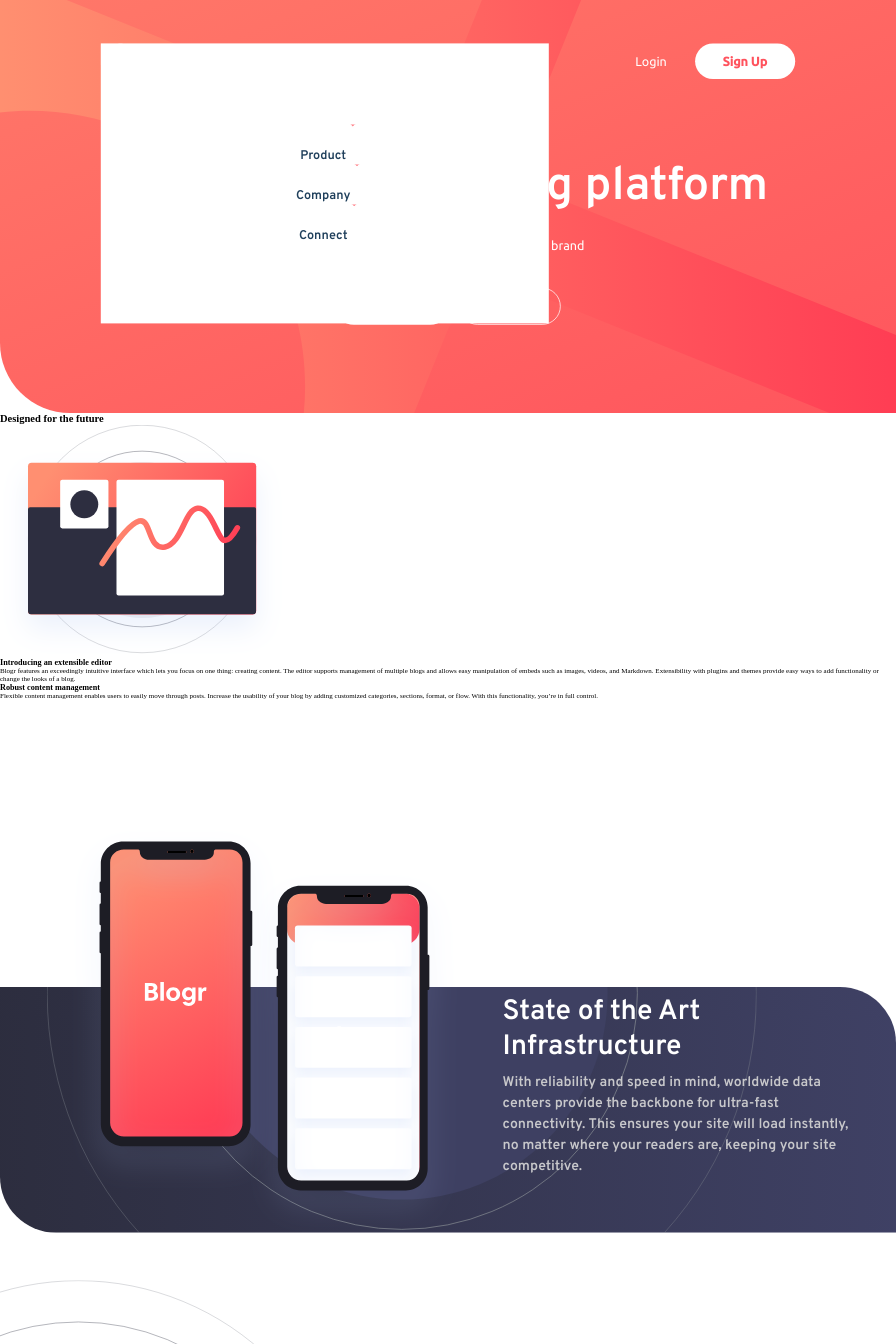
Repository: tomas938/tomaspage3
Page: index.html
These files come from the project's save history. The page is drawn as it stood at one moment and after the next save; the edit follows.
The browser window is 1280 px wide. The pictures show the part of the page from y = 0 to 1920 px (the page is 3157 px tall), at 70% of full size.
The style sheet was rebuilt from its Sass, Less or Tailwind sources for each picture, by a compiler version that may differ from the author's.

Above is the page before, as saved 2021-07-30 17:01:49.

### index.html
<!DOCTYPE html>
<html lang="en">
	<head>
		<meta charset="UTF-8" />
		<meta name="viewport" content="width=device-width, initial-scale=1.0" />
		<!-- displays site properly based on user's device -->

		<link
			rel="icon"
			type="image/png"
			sizes="32x32"
			href="./images/favicon-32x32.png"
		/>

		<title>Frontend Mentor | [Blogr]</title>

		<link rel="stylesheet" href="./scss/main.css" />
	</head>
	<body>
		<section class="intro">
			<header>
				<nav class="intro__navigation">
					<div class="intro__navigation__logo">
						<svg width="101" height="40" xmlns="http://www.w3.org/2000/svg">
							<path
								d="M0 30.803V1.486h10.653c1.982 0 3.695.31 5.14.93 1.446.619 2.56 1.5 3.345 2.642.785 1.142 1.177 2.484 1.177 4.026 0 1.404-.303 2.636-.909 3.695a6.48 6.48 0 01-2.56 2.498c1.487.578 2.643 1.494 3.469 2.746.826 1.253 1.239 2.732 1.239 4.439 0 1.707-.44 3.18-1.322 4.418-.88 1.239-2.12 2.202-3.716 2.89-1.596.688-3.482 1.033-5.657 1.033H0zM5.946 6.565v6.73h4.046c1.35 0 2.388-.282 3.118-.846.73-.564 1.094-1.397 1.094-2.498 0-1.101-.365-1.94-1.094-2.519-.73-.578-1.769-.867-3.118-.867H5.946zm0 19.159h4.624c1.542 0 2.732-.33 3.572-.991.84-.66 1.26-1.61 1.26-2.85 0-1.238-.42-2.188-1.26-2.848-.84-.66-2.03-.991-3.572-.991H5.946v7.68zm19.282 5.079V0h5.781v30.803h-5.78zm20.893.619c-1.624 0-3.124-.29-4.5-.867a10.94 10.94 0 01-3.593-2.416 10.96 10.96 0 01-2.374-3.654c-.564-1.404-.846-2.931-.846-4.583 0-1.652.289-3.173.867-4.563a11.354 11.354 0 012.415-3.654 10.96 10.96 0 013.634-2.436c1.39-.578 2.91-.867 4.562-.867 1.625 0 3.125.289 4.501.867a10.94 10.94 0 013.592 2.416 11.01 11.01 0 012.375 3.633c.564 1.39.846 2.911.846 4.563 0 1.651-.289 3.179-.867 4.583a11.297 11.297 0 01-2.416 3.675 10.96 10.96 0 01-3.633 2.436c-1.39.578-2.911.867-4.563.867zm.083-5.203c1.046 0 1.982-.275 2.808-.825.825-.551 1.48-1.301 1.96-2.25.483-.95.723-2.03.723-3.242 0-1.211-.24-2.292-.722-3.241-.482-.95-1.136-1.7-1.961-2.25-.826-.551-1.762-.826-2.808-.826-1.046 0-1.982.275-2.808.825-.826.55-1.48 1.301-1.961 2.25-.482.95-.723 2.03-.723 3.242 0 1.211.241 2.292.723 3.241.482.95 1.135 1.7 1.961 2.25.826.551 1.762.826 2.808.826zm24.155 3.964a9.13 9.13 0 01-3.86-.826 9.492 9.492 0 01-3.118-2.291c-.881-.977-1.57-2.12-2.065-3.427-.495-1.308-.743-2.719-.743-4.233 0-1.569.255-3.02.764-4.356a10.614 10.614 0 012.147-3.489 10.174 10.174 0 013.22-2.333c1.225-.564 2.554-.846 3.985-.846 1.404 0 2.67.282 3.799.846a7.402 7.402 0 012.807 2.457l.124-2.684h5.327v19.2c0 1.68-.269 3.207-.805 4.584-.537 1.376-1.301 2.56-2.292 3.55a10.231 10.231 0 01-3.53 2.292c-1.363.537-2.87.805-4.522.805-1.624 0-3.083-.254-4.376-.764a10.468 10.468 0 01-3.386-2.126 10.035 10.035 0 01-2.271-3.18L67.097 32a5.452 5.452 0 001.92 1.879c.784.454 1.672.681 2.663.681 1.074 0 2.003-.24 2.787-.723.785-.481 1.397-1.156 1.838-2.023.44-.867.66-1.879.66-3.035v-1.775a7.793 7.793 0 01-2.828 2.333c-1.143.564-2.402.846-3.778.846zm1.404-5.12c1.018 0 1.92-.254 2.704-.764a5.556 5.556 0 001.879-2.064c.468-.867.702-1.851.702-2.952 0-1.102-.234-2.086-.702-2.953a5.556 5.556 0 00-1.879-2.064c-.784-.51-1.686-.764-2.704-.764-1.019 0-1.92.255-2.705.764a5.556 5.556 0 00-1.879 2.064c-.468.867-.702 1.851-.702 2.953 0 1.1.234 2.085.702 2.952a5.556 5.556 0 001.88 2.064c.784.51 1.685.764 2.704.764zm15.607 5.74V9h5.327l.206 3.304c.55-1.157 1.294-2.044 2.23-2.664.936-.62 2.037-.929 3.303-.929.386 0 .77.035 1.156.103.386.07.73.159 1.033.269l-.62 5.698a4.361 4.361 0 00-.929-.227 7.495 7.495 0 00-.97-.062c-1.597 0-2.822.489-3.675 1.466-.853.977-1.28 2.36-1.28 4.15v10.694h-5.78z"
								fill="#FFF"
								fill-rule="nonzero"
							/>
						</svg>
						<ul>
							<li>
								<a href="#">Product</a>
								<svg xmlns="http://www.w3.org/2000/svg" width="10" height="7">
									<path
										fill="none"
										stroke="#FFF"
										stroke-width="2"
										opacity=".75"
										d="M1 1l4 4 4-4"
									/>
								</svg>
							</li>
							<li>
								<a href="#">Company</a>
								<svg xmlns="http://www.w3.org/2000/svg" width="10" height="7">
									<path
										fill="none"
										stroke="#FFF"
										stroke-width="2"
										opacity=".75"
										d="M1 1l4 4 4-4"
									/>
								</svg>
							</li>
							<li>
								<a href="#">Connect</a>
								<svg xmlns="http://www.w3.org/2000/svg" width="10" height="7">
									<path
										fill="none"
										stroke="#FFF"
										stroke-width="2"
										opacity=".75"
										d="M1 1l4 4 4-4"
									/>
								</svg>
							</li>
						</ul>
					</div>
					<div class="intro__navigation__login">
						<div class="button button--1">Login</div>
						<div class="button button--2">Sign Up</div>
					</div>
					<div class="intro__navigation__mobile">
						<span class="line1"></span>
						<span class="line2"></span>
						<span class="line3"></span>
					</div>

					<ul class="mobile__links">
						<li>
							<a href="#">Product</a>
							<svg xmlns="http://www.w3.org/2000/svg" width="10" height="7">
								<path
									fill="$light-red"
									stroke="#FFF"
									stroke-width="2"
									opacity=".75"
									d="M1 1l4 4 4-4"
								/>
							</svg>
						</li>
						<li>
							<a href="#">Company</a>
							<svg xmlns="http://www.w3.org/2000/svg" width="10" height="7">
								<path
									fill="$light-red"
									stroke="#FFF"
									stroke-width="2"
									opacity=".75"
									d="M1 1l4 4 4-4"
								/>
							</svg>
						</li>
						<li>
							<a href="#">Connect</a>
							<svg xmlns="http://www.w3.org/2000/svg" width="10" height="7">
								<path
									fill="$light-red"
									stroke="#FFF"
									stroke-width="2"
									opacity=".75"
									d="M1 1l4 4 4-4"
								/>
							</svg>
						</li>
					</ul>
				</nav>
			</header>
			<div class="intro__description">
				<h1>A modern publishing platform</h1>
				<p>Grow your audience and build your online brand</p>
				<div class="intro__description__buttons">
					<div class="button button--3">Start for Free</div>
					<div class="button button--4">Learn More</div>
				</div>
			</div>
		</section>
		<section class="about">
			<h2>Designed for the future</h2>
			<div class="about__container">
				<img src="/images/illustration-editor-mobile.svg" alt="" />
				<div class="about__container__items">
					<div class="content">
						<h3>Introducing an extensible editor</h3>
						<p>
							Blogr features an exceedingly intuitive interface which lets you
							focus on one thing: creating content. The editor supports
							management of multiple blogs and allows easy manipulation of
							embeds such as images, videos, and Markdown. Extensibility with
							plugins and themes provide easy ways to add functionality or
							change the looks of a blog.
						</p>
					</div>
					<div class="content">
						<h3>Robust content management</h3>
						<p>
							Flexible content management enables users to easily move through
							posts. Increase the usability of your blog by adding customized
							categories, sections, format, or flow. With this functionality,
							you’re in full control.
						</p>
					</div>
				</div>
			</div>
		</section>
		<section class="mobiles">
			<img src="/images/illustration-phones.svg" alt="" />
			<div class="mobiles__content">
				<h2>State of the Art Infrastructure</h2>
				<p>
					With reliability and speed in mind, worldwide data centers provide the
					backbone for ultra-fast connectivity. This ensures your site will load
					instantly, no matter where your readers are, keeping your site
					competitive.
				</p>
			</div>
		</section>
		<section class="desktop">
			<div class="desktop__container">
				<img src="/images/illustration-laptop-mobile.svg" alt="" />
				<div class="desktop__container__items">
					<div class="content">
						<h3>Free, open, simple</h3>
						<p>
							Blogr is a free and open source application backed by a large
							community of helpful developers. It supports features such as code
							syntax highlighting, RSS feeds, social media integration,
							third-party commenting tools, and works seamlessly with Google
							Analytics. The architecture is clean and is relatively easy to
							learn.
						</p>
					</div>
					<div class="content">
						<h3>Powerful tooling</h3>
						<p>
							Batteries included. We built a simple and straightforward CLI tool
							that makes customization and deployment a breeze, but capable of
							producing even the most complicated sites.
						</p>
					</div>
				</div>
			</div>
		</section>
		<footer>
			<div class="logo">
				<img src="/images/logo.svg" alt="" />
			</div>
			<div class="product">
				<h5>Product</h5>
				<a href="#">Overview</a>
				<a href="#">Pricing</a>
				<a href="#">Marketplace</a>
				<a href="#">Features</a>
				<a href="#">Integrations</a>
			</div>
			<div class="company">
				<h5>Company</h5>
				<a href="#">About</a>
				<a href="#">Team</a>
				<a href="#">Blog</a>
				<a href="#">Careers</a>
			</div>
			<div class="connect">
				<h5>Connect</h5>
				<a href="#">Connect</a>
				<a href="#">Newsletter</a>
				<a href="#">LinkedIn</a>
			</div>
		</footer>
	</body>
</html>

### scss/main.scss
@import "../scss_partials/variables";
@import "../scss_partials/resets";
@import "../scss_partials/intro";
@import "../scss_partials/about";
@import "../scss_partials/mobiles";
@import "../scss_partials/desktop";
@import "../scss_partials/footer";

### scss_partials/_variables.scss
//Colors

/* PRIMARY */

$light-red: hsl(356, 100%, 66%);
$very-light-red: hsl(355, 100%, 74%);
$very-dark-blue: hsl(208, 49%, 24%);

/* NEUTRAL */

$white: hsl(0, 0%, 100%);
$grayish-blue: hsl(240, 2%, 79%); //Footer Text
$very-dark-grayish-blue: hsl(207, 13%, 34%);
$very-dark-black-blue: hsl(240, 10%, 16%); //Footer Background

/* GRADIENT */

$very-light-red-gradient: hsl(13, 100%, 72%); // Intro /CTA
$light-red-gradient: hsl(353, 100%, 62%); // Intro /CTA

$very-dark-gray-blue: hsl(237, 17%, 21%); // Background body gradient
$very-dark-desaturated-blue: hsl(237, 23%, 32%); // Background body gradient

//Fonts

@import url("https://fonts.googleapis.com/css2?family=Overpass:wght@300;600&display=swap");

$font-primary: "Overpass", sans-serif;
$font-weight-primary-light: 300;
$font-weight-primary-bold: 600;

@import url("https://fonts.googleapis.com/css2?family=Ubuntu:ital,wght@0,400;0,500;1,700&display=swap");

$font-secondary: "Ubuntu", sans-serif;

$font-weight-secondary-light: 400;
$font-weight-secondary-medium: 500;
$font-weight-secondary-bold: 700;

### scss_partials/_resets.scss
* {
	margin: 0;
	padding: 0;
	box-sizing: border-box;
}
html {
	font-size: 62.5%;
	@media only screen and (max-width: 1000px) {
		font-size: 52.5%;
	}
}
li {
	list-style: none;
}
a {
	text-decoration: none;
}

### scss_partials/_intro.scss
.intro {
	height: 82vh;
	background-image: url(../images/bg-pattern-intro.svg),
		linear-gradient(to right, $very-light-red-gradient, $light-red-gradient);
	background-position: center center;
	border-bottom-left-radius: 10rem;
	font-family: $font-secondary;
	font-weight: $font-weight-secondary-light;
	color: $white;
	font-size: 1.8rem;
	header {
		width: 100%;
	}
	&__navigation {
		width: 77.5%;
		margin: auto;
		padding: 6.2rem 0;
		display: flex;
		justify-content: space-between;
		&__logo {
			display: flex;
		}
		ul {
			display: flex;
			align-items: center;
			@media only screen and (max-width: 900px) {
				display: none;
			}
		}
		li {
			margin-left: 5rem;
		}

		a {
			color: $white;
		}
		&__login {
			display: flex;
			align-items: center;
			@media only screen and (max-width: 900px) {
				display: none;
			}
		}
		&__mobile {
			display: flex;
			display: none;
			@media only screen and (max-width: 900px) {
				display: flex;
			}
			align-items: center;
			flex-direction: column;
			justify-content: center;
			span {
				width: 3.5rem;
				height: 0.4rem;
				background-color: $white;
				margin-top: 0.7rem;
			}
		}
		.mobile__links {
			opacity: 1;
			position: absolute;
			background-color: $white;
			height: 40rem;
			width: 50%;
			font-family: $font-primary;
			font-weight: $font-weight-primary-bold;
			display: flex;
			flex-direction: column;
			align-items: center;
			justify-content: center;
			svg {
				width: 5rem;
				height: 5rem;
				fill: $light-red;
			}
			ul {
			}
			a {
				color: $very-dark-blue;
			}
		}
	}
	&__description {
		h1 {
			padding: 5rem 0 3rem 0;
			font-size: 6.7rem;
			text-align: center;
			font-family: $font-primary;
			font-weight: $font-weight-primary-bold;
			@media only screen and (max-width: 800px) {
				font-size: 4.7rem;
			}
			@media only screen and (max-width: 565px) {
				font-size: 3.7rem;
			}
		}
		p {
			text-align: center;
		}
		&__buttons {
			padding: 5rem 0;

			margin: auto;
			display: flex;
			justify-content: center;
		}
	}
}
.button {
	cursor: pointer;
	padding: 1.5rem 4rem;
	border-radius: 3rem;
}
.button--2 {
	background-color: $white;
	color: $light-red;
	font-family: $font-secondary;
	font-weight: $font-weight-secondary-bold;
	transition: all 0.3s ease-in-out;
}
.button--2:hover {
	background-color: hsla(0, 0%, 100%, 0.267);
	color: $white;
}
.button--3 {
	background-color: $white;
	color: $light-red;
	font-family: $font-secondary;
	font-weight: $font-weight-secondary-bold;
	transition: all 0.3s ease-in-out;
	padding: 1.5rem 2.5rem;
}
.button--3:hover {
	background-color: hsla(0, 0%, 100%, 0.267);
	color: $white;
}
.button--4 {
	margin-left: 1.5rem;
	border: 1px solid $white;
	padding: 1.5rem 2.5rem;
}

### scss_partials/about.scss
.about {
	height: 100vh;
}

### scss_partials/_mobiles.scss
.mobiles {
	margin-top: 10rem;
	background-image: url(../images/bg-pattern-circles.svg),
		linear-gradient(to right, $very-dark-gray-blue, $very-dark-desaturated-blue);

	background-repeat: no-repeat;
	background-position: 25% 75%;
	border-bottom-left-radius: 8rem;
	border-top-right-radius: 8rem;
	font-family: $font-primary;
	display: flex;
	align-items: flex-end;
	justify-content: flex-end;
	position: relative;
	color: $white;
	height: 35.1rem;
	@media only screen and (max-width: 900px) {
		height: 55.1rem;
	}
	img {
		position: absolute;
		left: 8%;
		@media only screen and (max-width: 1150px) {
			left: 1%;
		}
		@media only screen and (max-width: 1000px) {
			transform: scale(0.75);
			top: -42%;
			left: -5%;
		}
		@media only screen and (max-width: 900px) {
			transform: scale(0.75);
			left: 50%;
			top: -36%;
			transform: translateX(-50%);
			height: 90%;
		}
		@media only screen and (max-width: 570px) {
			height: 80%;

			top: -35%;
		}
		@media only screen and (max-width: 338px) {
			height: 60%;
			top: -29%;
		}
	}
	&__content {
		margin-right: 17rem;
		padding: 10rem 0;
		width: 40%;
		@media only screen and (max-width: 1350px) {
			margin-right: 5rem;
			padding: 8rem 0;
		}

		@media only screen and (max-width: 900px) {
			margin-right: 2rem;
			width: 50%;
			width: 80%;
			margin: 0 auto;
			text-align: center;
		}
		@media only screen and (max-width: 570px) {
			padding: 4rem 0;
		}

		h2 {
			font-size: 4rem;
			font-weight: $font-weight-primary-bold;
		}
		p {
			margin-top: 1rem;
			font-size: 2rem;
			line-height: 3rem;
			font-weight: $font-weight-primary-bold;
			color: $grayish-blue;
		}
	}
}

### scss_partials/_desktop.scss
.desktop {
	padding: 20rem 0;
	font-family: $font-primary;
	background-image: url(../images/illustration-laptop-desktop.svg);
	background-repeat: no-repeat;
	background-position: bottom 10rem left -28rem;
	@media only screen and (max-width: 1250px) {
		background-position: bottom 10rem left -38rem;
	}
	@media only screen and (max-width: 1100px) {
		background-position: bottom 10rem left -50rem;
	}
	@media only screen and (max-width: 1000px) {
		background-position: bottom 6rem left -55rem;
	}
	@media only screen and (max-width: 900px) {
		background-image: url("");
	}
	h2 {
		text-align: center;
		font-size: 4rem;
		color: $very-dark-blue;
		padding: 17rem 0 10rem 0;
	}
	&__container {
		display: flex;
		justify-content: flex-end;
		@media only screen and (max-width: 900px) {
			display: flex;
			flex-direction: column;
		}
		img {
			display: none;
			@media only screen and (max-width: 900px) {
				display: block;
				margin: 5rem auto;
				display: flex;
				flex-direction: column;
			}
			@media only screen and (max-width: 550px) {
				width: 100%;
				height: 100%;
			}
		}
		&__items {
			width: 50%;
			@media only screen and (max-width: 900px) {
				width: 80%;
				margin: auto;
				text-align: center;
			}
		}
		.content {
			margin-right: 17rem;
			@media only screen and (max-width: 1350px) {
				margin-right: 5rem;
			}
			@media only screen and (max-width: 900px) {
				margin-right: 0rem;
			}
		}
		h3 {
			font-size: 3rem;
			color: $very-dark-blue;
		}
		p {
			color: $very-dark-grayish-blue;
			line-height: 3rem;
			padding: 4rem 0 8rem;
			font-size: 2rem;
		}
	}
}

### scss_partials/_footer.scss
footer {
	padding: 10rem 15rem;
	background-color: $very-dark-black-blue;
	color: $grayish-blue;
	border-top-right-radius: 15rem;
	display: flex;
	flex-direction: column;
	align-items: center;
	font-family: $font-primary;
	@media only screen and (max-width: 800px) {
		padding: 10rem 0rem;
	}
	@media only screen and (min-width: 500px) {
		flex-direction: row;
		align-items: flex-start;
		justify-content: space-around;
	}
	.product {
		display: flex;
		flex-direction: column;
		align-items: flex-start;
		padding: 2rem;
		@media only screen and (min-width: 500px) {
			padding: 0rem;
			justify-items: flex-start;
		}
	}
	.company {
		display: flex;
		flex-direction: column;
		align-items: flex-start;
		padding: 2rem;
		@media only screen and (min-width: 500px) {
			padding: 0rem;
			justify-items: flex-start;
		}
	}
	.connect {
		display: flex;
		flex-direction: column;
		align-items: flex-start;
		padding: 2rem;
		@media only screen and (min-width: 500px) {
			padding: 0rem;
			justify-items: flex-start;
		}
	}
	a {
		color: $grayish-blue;
		font-size: 2rem;
		margin-bottom: 1rem;
		position: relative;
	}
	a::before {
		content: "";
		position: absolute;
		top: 23px;
		width: 50%;
		left: 20%;
		height: 0.3rem;
		background-color: $grayish-blue;
		opacity: 0;
		transition: all 0.3s ease-in-out;
	}
	a:hover::before {
		opacity: 1;
		left: 0;
		width: 100%;
		transition: all 0.3s ease-in-out;
	}
	h5 {
		font-size: 2.5rem;
		padding: 3rem;
		padding-left: 0;
		color: $white;
		@media only screen and (min-width: 500px) {
			padding-top: 0rem;
		}
	}
}

After the next save:
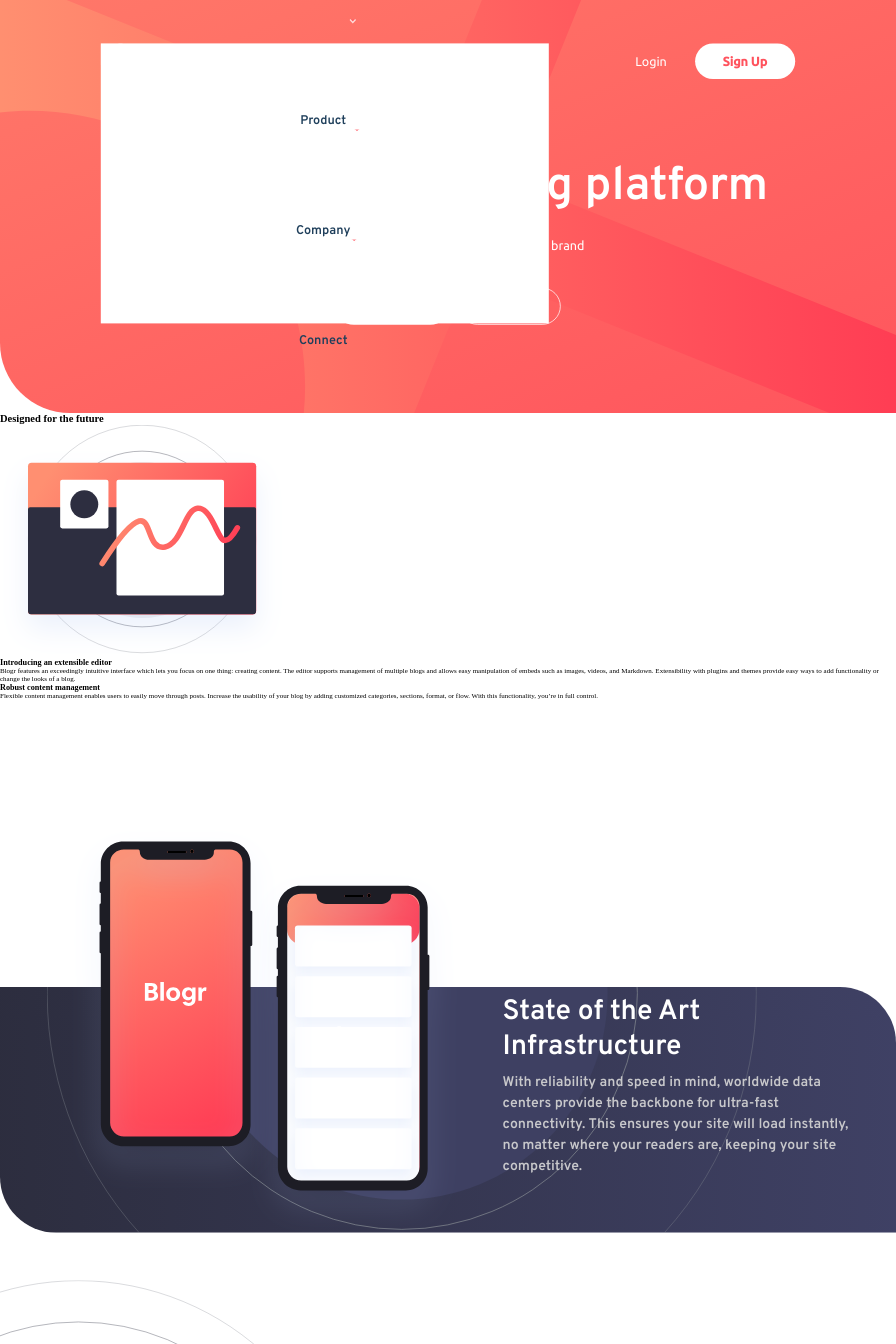
Saved 4 s later.
--- a/scss_partials/_intro.scss
+++ b/scss_partials/_intro.scss
@@ -71,7 +71,7 @@
 			justify-content: center;
 			svg {
 				width: 5rem;
-				height: 5rem;
+				height: 15rem;
 				fill: $light-red;
 			}
 			ul {

After the save that followed:
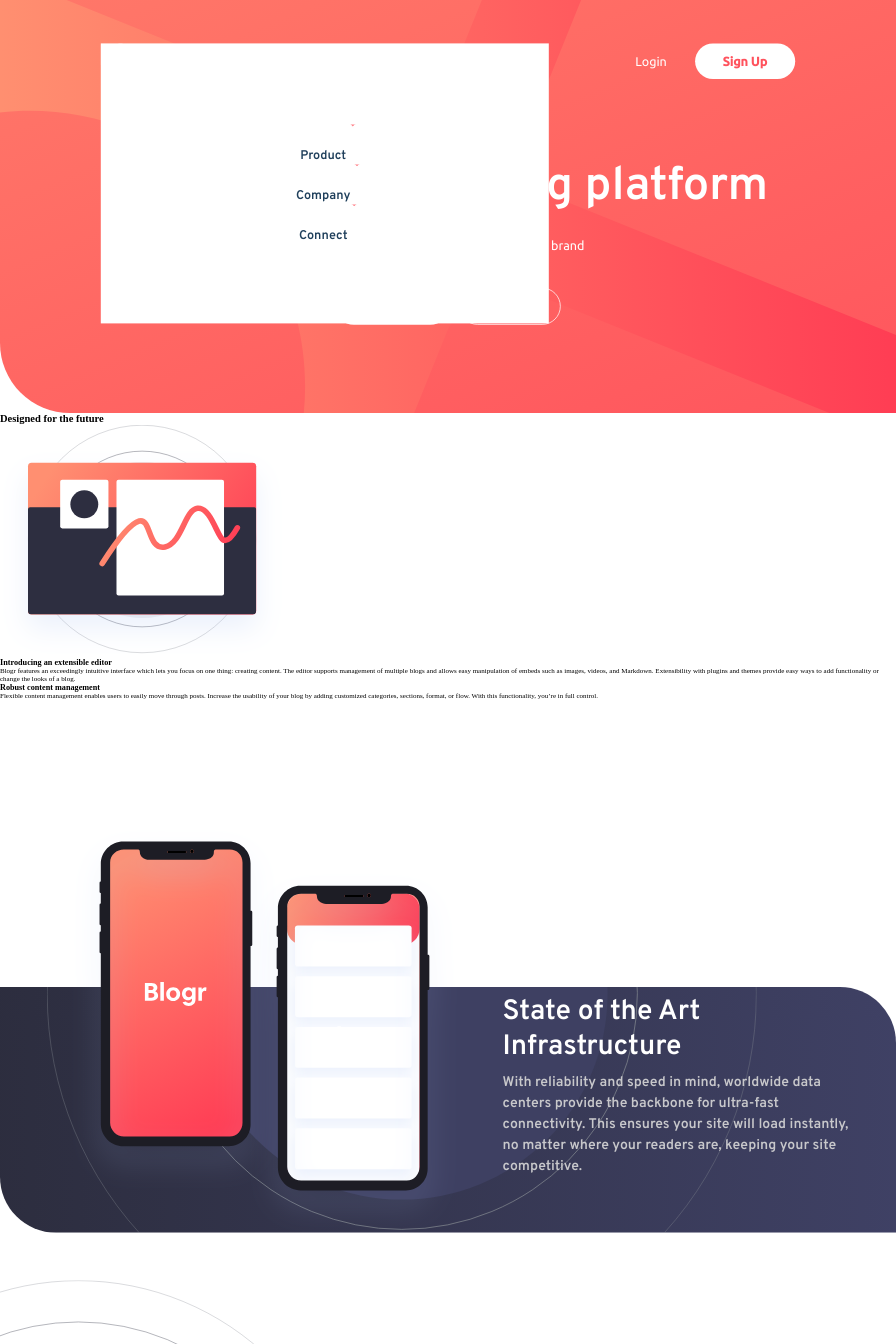
Saved 7 s later.
--- a/scss_partials/_intro.scss
+++ b/scss_partials/_intro.scss
@@ -71,7 +71,7 @@
 			justify-content: center;
 			svg {
 				width: 5rem;
-				height: 15rem;
+				height: 5rem;
 				fill: $light-red;
 			}
 			ul {
